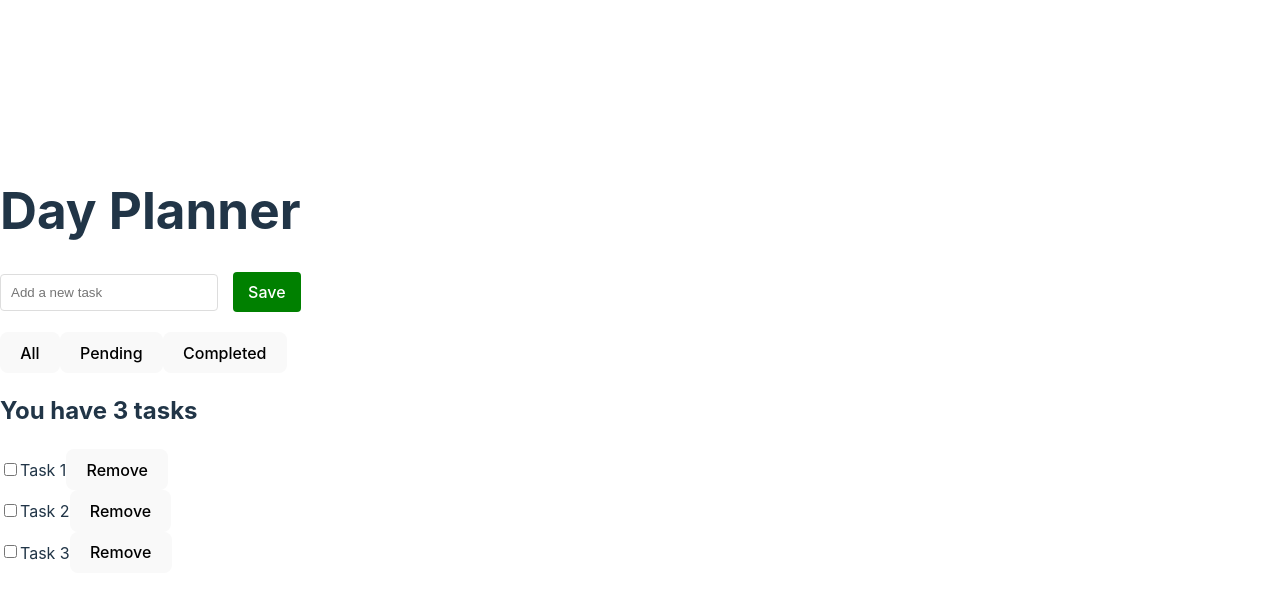
Repository: GavinPahal/Lab7
Page: /
The author's editor kept a copy of each file at every save. The page is drawn from the files as they stood at one save, then again after the next save.
The browser window is 1280 px wide. The pictures show the whole page.
The project was rebuilt for these pictures with package versions that can differ from the ones it lists, and the page was loaded fresh each time. Also part of the build but not shown: vite.config.js.

Above is the page before, as saved 2024-10-28 13:59:20.

### src/App.jsx
import React, { useState } from 'react';
import Task from './components/Task';
import TaskForm from './components/TaskForm';
import './App.css';

function App() {
  const [tasks, setTasks] = useState([
    { text: 'Task 1', isCompleted: false },
    { text: 'Task 2', isCompleted: false },
    { text: 'Task 3', isCompleted: false },
  ]);
  const [filter, setFilter] = useState('all'); // Filter state

  const addTask = (task) => setTasks([...tasks, { text: task, isCompleted: false }]);

  const toggleTask = (index) => {
    setTasks(prevTasks =>
      prevTasks.map((task, i) => i === index ? { ...task, isCompleted: !task.isCompleted } : task)
    );
  };

  const deleteTask = (index) => setTasks(tasks.filter((_, i) => i !== index));

  // Filter tasks based on selection
  const filteredTasks = tasks.filter(task => {
    if (filter === 'pending') return !task.isCompleted;
    if (filter === 'completed') return task.isCompleted;
    return true; // All tasks
  });

  return (
    <div className="app">
      <h1>Day Planner</h1>
      <TaskForm addTask={addTask} />

      {/* Conditionally render filter buttons */}
      {filter !== 'completed' && (
        <div className="filter-buttons">
          <button onClick={() => setFilter('all')}>All</button>
          <button onClick={() => setFilter('pending')}>Pending</button>
          <button onClick={() => setFilter('completed')}>Completed</button>
        </div>
      )}

      {/* Conditionally render header text for tasks */}
      {filter === 'all' && <h2>You have {filteredTasks.length} tasks</h2>}

      <div className="task-list">
        {filteredTasks.map((task, index) => (
          <Task
            key={index}
            index={index}
            task={task}
            toggleTask={toggleTask}
            deleteTask={deleteTask}
          />
        ))}
      </div>
    </div>
  );
}

export default App;

### src/components/Task.jsx
import React from 'react';

function Task({ task, index, toggleTask, deleteTask }) {
  return (
    <div className={`task ${task.isCompleted ? 'completed' : ''}`}>
      <input
        type="checkbox"
        checked={task.isCompleted}
        onChange={() => toggleTask(index)}
        disabled={task.isCompleted} // Disable if task is completed
      />
      <span className="task-text">{task.text}</span>
      <button className="remove-button" onClick={() => deleteTask(index)}>Remove</button>
    </div>
  );
}

export default Task;

### src/components/TaskForm.jsx
import React, { useState } from 'react';

function TaskForm({ addTask }) {
  const [value, setValue] = useState('');

  const handleSubmit = (e) => {
    e.preventDefault();
    if (!value) return;
    addTask(value);
    setValue('');
  };

  return (
    <form onSubmit={handleSubmit} className="task-form">
      <input
        type="text"
        value={value}
        onChange={(e) => setValue(e.target.value)}
        placeholder="Add a new task"
      />
      <button type="submit">Save</button>  {/* Save button */}
    </form>
  );
}

export default TaskForm;

### src/App.css
.task-form {
  display: flex; /* Use flexbox for alignment */
  align-items: center; /* Center items vertically */
  margin-bottom: 20px; /* Space below the form */
}

.task-form input[type="text"] {
  flex: 1; /* Allow the input to take available space */
  padding: 10px; /* Same padding for consistency */
  margin-right: 15px; /* Increased space between input and button */
  border: 1px solid #ddd; /* Add border */
  border-radius: 4px; /* Rounded corners */
}

.task-form button {
  padding: 10px 15px; /* Adjust padding for button */
  background-color: green; /* Green background */
  color: white; /* White text */
  border: none; /* No border */
  cursor: pointer; /* Pointer cursor on hover */
  border-radius: 4px; /* Rounded corners */
}

.task-form button:hover {
  opacity: 0.8; /* Slightly dim when hovered */
}

Loaded but not shown: index.html (common file); src/main.jsx (common file); src/index.css (common file)

After the next save:
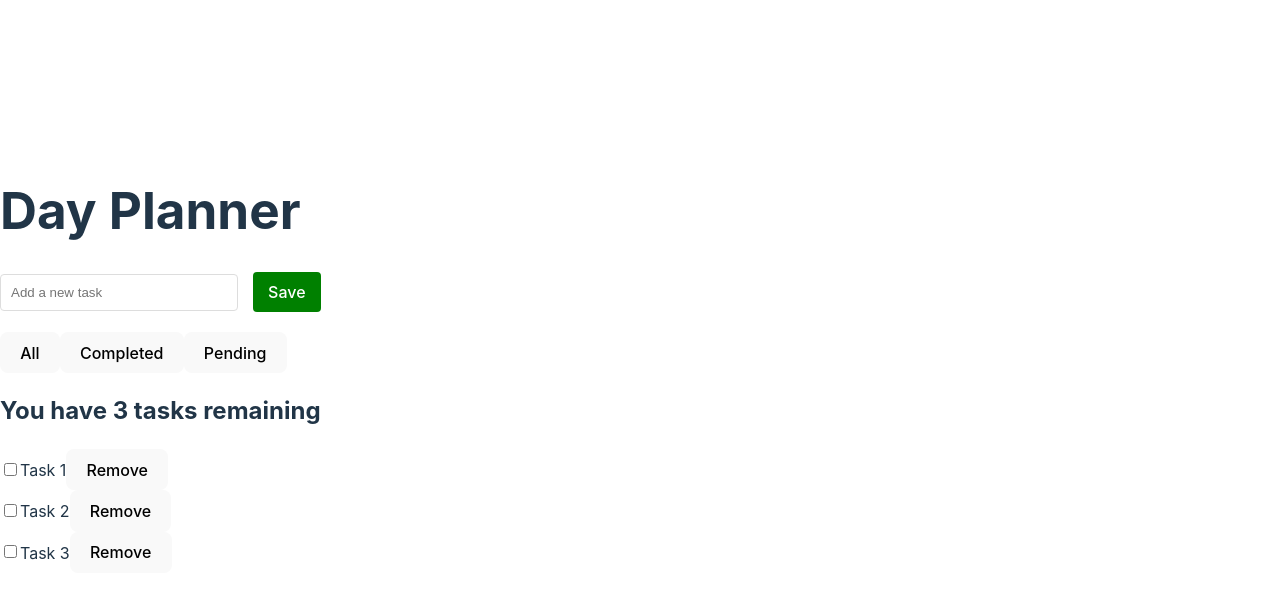
Saved 6 min 41 s later.
--- a/src/App.jsx
+++ b/src/App.jsx
@@ -15,7 +15,7 @@ function App() {
 
   const toggleTask = (index) => {
     setTasks(prevTasks =>
-      prevTasks.map((task, i) => i === index ? { ...task, isCompleted: !task.isCompleted } : task)
+      prevTasks.map((task, i) => (i === index ? { ...task, isCompleted: !task.isCompleted } : task))
     );
   };
 
@@ -28,22 +28,30 @@ function App() {
     return true; // All tasks
   });
 
+  const pendingTasksCount = tasks.filter(task => !task.isCompleted).length;
+  const completedTasksCount = tasks.filter(task => task.isCompleted).length;
+
   return (
     <div className="app">
       <h1>Day Planner</h1>
       <TaskForm addTask={addTask} />
 
-      {/* Conditionally render filter buttons */}
-      {filter !== 'completed' && (
-        <div className="filter-buttons">
-          <button onClick={() => setFilter('all')}>All</button>
-          <button onClick={() => setFilter('pending')}>Pending</button>
-          <button onClick={() => setFilter('completed')}>Completed</button>
-        </div>
+      {/* Filter buttons with Completed in the middle */}
+      <div className="filter-buttons">
+        <button onClick={() => setFilter('all')}>All</button>
+        <button onClick={() => setFilter('completed')}>Completed</button>
+        <button onClick={() => setFilter('pending')}>Pending</button>
+      </div>
+
+      {/* Task count for All and Pending views */}
+      {(filter === 'all' || filter === 'pending') && (
+        <h2>You have {pendingTasksCount} tasks remaining</h2>
       )}
 
-      {/* Conditionally render header text for tasks */}
-      {filter === 'all' && <h2>You have {filteredTasks.length} tasks</h2>}
+      {/* Completed tasks view with message when no tasks */}
+      {filter === 'completed' && completedTasksCount === 0 && (
+        <p>No completed tasks to display.</p>
+      )}
 
       <div className="task-list">
         {filteredTasks.map((task, index) => (
